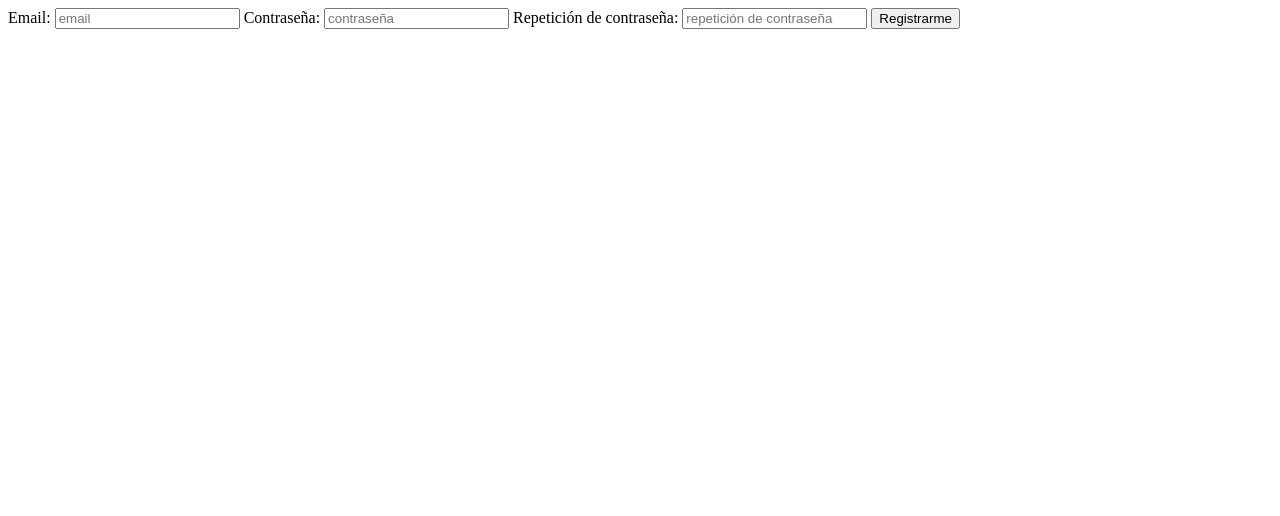
Repository: jluislechado/gestionUsuario
Page: http://localhost/php/registro.php
The author's editor kept a record of every edit. The page is drawn from the files as they stood at one moment, then again after the next edit.
The browser window is 1280 px wide. The pictures show the whole page.
The page is run by PHP 8.4 with error messages shown; the project is at /var/www/html/.

Above is the page before.

### workspace/php/registro.php

<!DOCTYPE html>
<html>
    <head>
        <meta charset="UTF-8">
        <title></title>
         <link rel="stylesheet" href="../estilo/estilo.css"/>
    </head>
    <body>
        <form action="phpregistro.php" method="post">
            <span>Email: </span><input type="email" name="email" placeholder="email"/>
            <span>Contraseña: </span><input type="password" name="contrasena" placeholder="contraseña"/>
            <span>Repetición de contraseña: </span><input type="password" name="repeticion" placeholder="repetición de contraseña"/>
            <input type="submit" value="Registrarme"/>
        </form>
    </body>
</html>

### workspace/estilo/estilo.css
header{
    width:100%;
}
#cabecera{
    width:100%;
}
#formularioIndex{
    width:450px;
    height:150px;
    border:1px solid #0168b3;
    margin:0 auto;
    font-family:raleway;
    font-size:20px;
    color:#0168b3;
    text-align:center;
}
#botonIndex{
    background-color:#0168b3;
    font-family:raleway;
    font-size:20px;
    color:white;
    width:287px;
}
.blanco{
    width:100%;
    height:50px;
}
#enlacesIndex{
    width:450px;
    margin:0 auto;
    font-family:raleway;
    font-size:20px;
    color:#0168b3;
    text-align:center;
}
a{
    list-style:none;
    text-decoration:none;
    color:#0168b3;
}
#administradorIndex{
    width:100%;
    font-family:raleway;
    font-size:20px;
    color:#0168b3;
    text-align:right;
}
#h1{
    width:100%;
    font-family:raleway;
    color:#0168b3;
    font-size:40px;
    text-align:center;
    font-weight:200;
}
#formularioIndex2{
    width:450px;
    height:150px;
    border:1px solid #0168b3;
    margin-left:50px;
    float:left;
    font-family:raleway;
    font-size:20px;
    color:white;
    background-color:#0168b3;
    text-align:center;
}
#ladoDerecho{
    width:250px;
    float:right;
    margin-right:50px;
}
.usuario{
    width:250px;
    border:1px solid white;
    text-align:center;
    font-family:raleway;
    font-size:20px;
    background-color:#0168b3;
    margin-bottom:8px;
}
.usuario a{
   color:white;
}
table{
    margin:0 auto;
    font-family:raleway;
}
.mensaje{
    font-family:raleway;
    font-size:20px;
    background-color:#0168b3;
}

After the next edit:
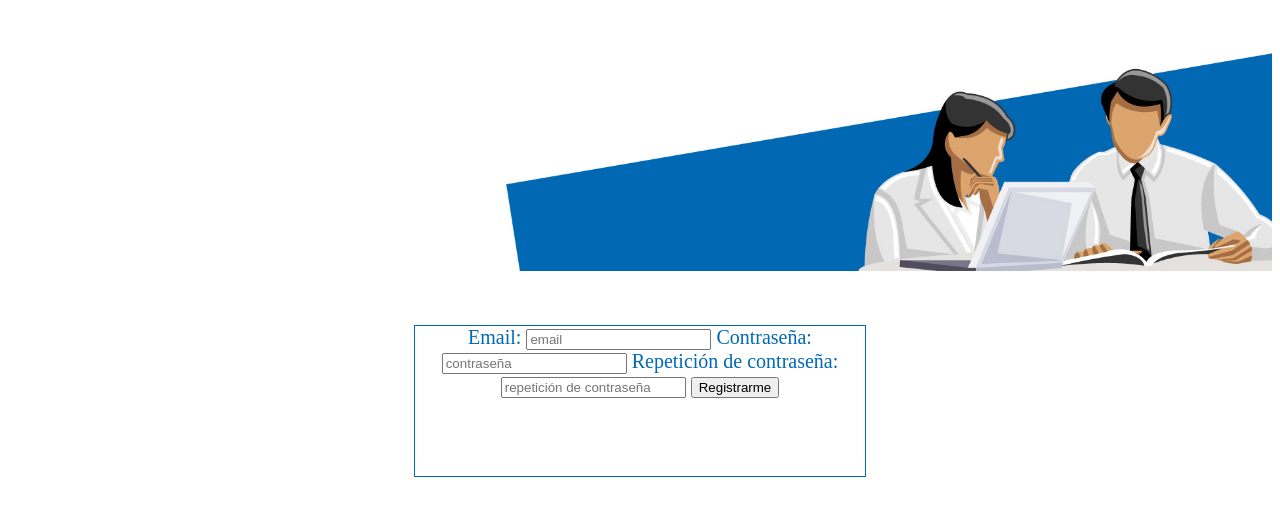
The edit:
--- a/workspace/php/registro.php
+++ b/workspace/php/registro.php
@@ -7,11 +7,17 @@
          <link rel="stylesheet" href="../estilo/estilo.css"/>
     </head>
     <body>
-        <form action="phpregistro.php" method="post">
-            <span>Email: </span><input type="email" name="email" placeholder="email"/>
-            <span>Contraseña: </span><input type="password" name="contrasena" placeholder="contraseña"/>
-            <span>Repetición de contraseña: </span><input type="password" name="repeticion" placeholder="repetición de contraseña"/>
-            <input type="submit" value="Registrarme"/>
-        </form>
+        <header>
+            <img src="../estilo/imagenes/cabecera.jpg" alt="cabecera" id="cabecera"/>
+        </header>
+        <div class="blanco"></div>
+        <div id="formularioIndex">
+            <form action="../oauth/enviar.php" method="post">
+                <span>Email: </span><input type="email" name="email" placeholder="email"/>
+                <span>Contraseña: </span><input type="password" name="contrasena" placeholder="contraseña"/>
+                <span>Repetición de contraseña: </span><input type="password" name="repeticion" placeholder="repetición de contraseña"/>
+                <input type="submit" value="Registrarme"/>
+            </form>
+        </div>
     </body>
 </html>
